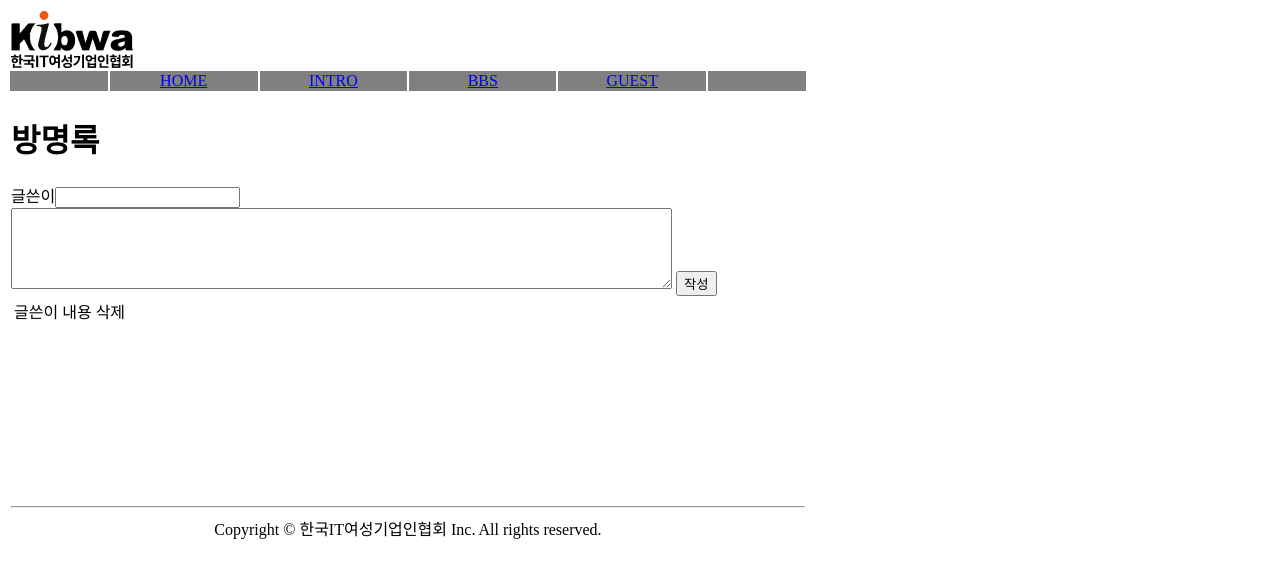
Repository: hwa3845/fullstackjava
Page: http://localhost/web02/guest.jsp
An editor plug-in stored every save of this project. The page is shown before and after the next save, followed by the edit.
The browser window is 1280 px wide. The pictures show the whole page.
The page is served by Tomcat 9.

Above is the page before, as saved 2025-04-15 06:27:44.

After the next save:
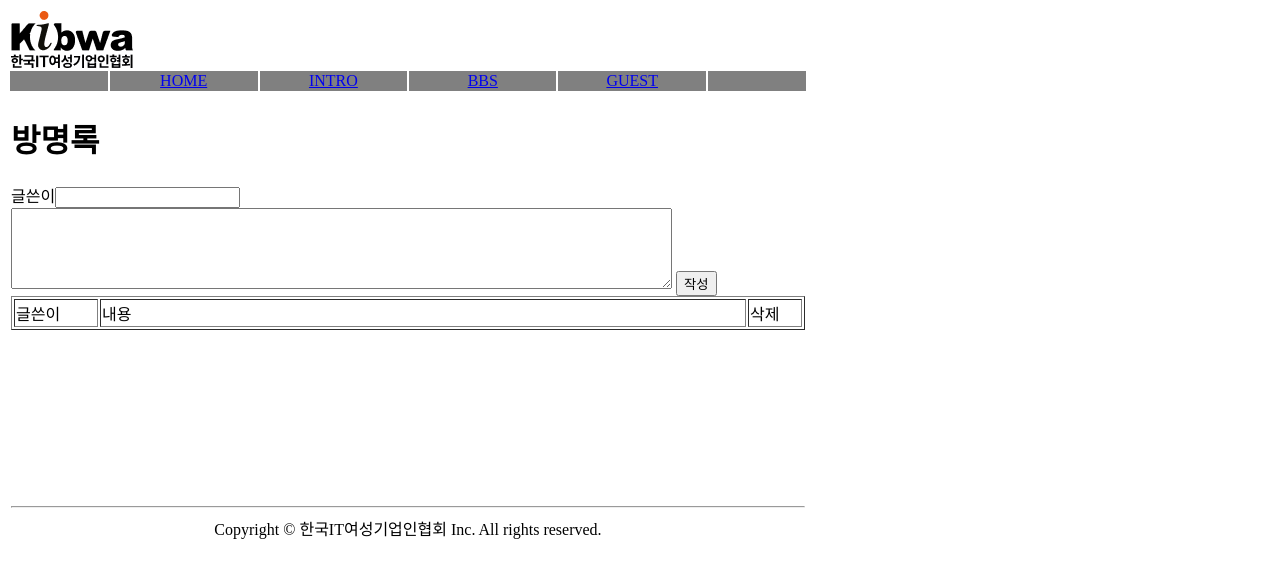
Saved 47 s later.
--- a/webWorkspace/web02/WebContent/guest.jsp
+++ b/webWorkspace/web02/WebContent/guest.jsp
@@ -27,11 +27,11 @@
 			<textarea rows="5" cols="80" name="centent"></textarea>
 				<input type="submit" value="작성">
 		</form>
-		<table>
+		<table border="1" width="100%">
 			<tr>
-				<td>글쓴이</td>
+				<td width="80">글쓴이</td>
 				<td>내용</td>
-				<td>삭제</td>
+				<td width="50">삭제</td>
 			</tr>
 		</table>
 		</td>
